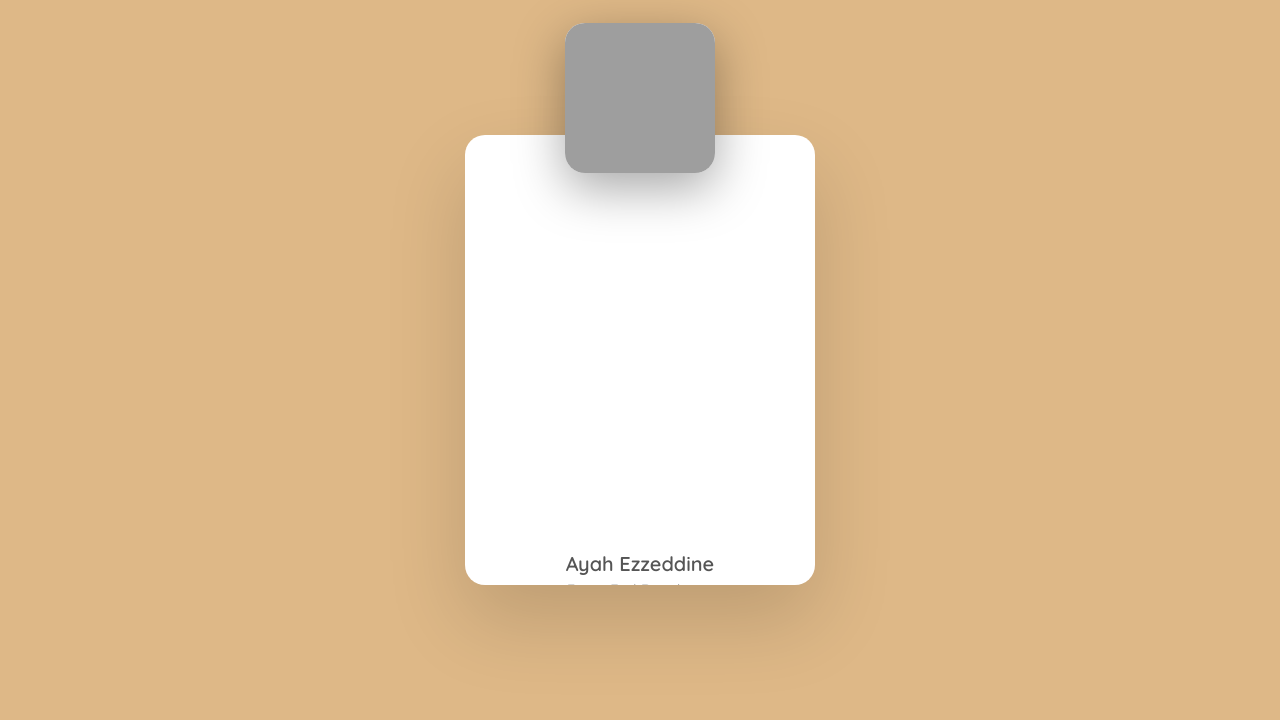
Repository: ayah1996/Github-Profiles
Page: index.html
The author's editor kept a copy of each file at every save. The page is drawn from the files as they stood at one save, then again after the next save.
The browser window is 1280 px wide. The pictures show the whole page.
Pictures or frames that could not be fetched are drawn as grey boxes. The page's requests for data from a server got no answer.

Above is the page before, as saved 2023-01-26 14:32:48.

After the next save:
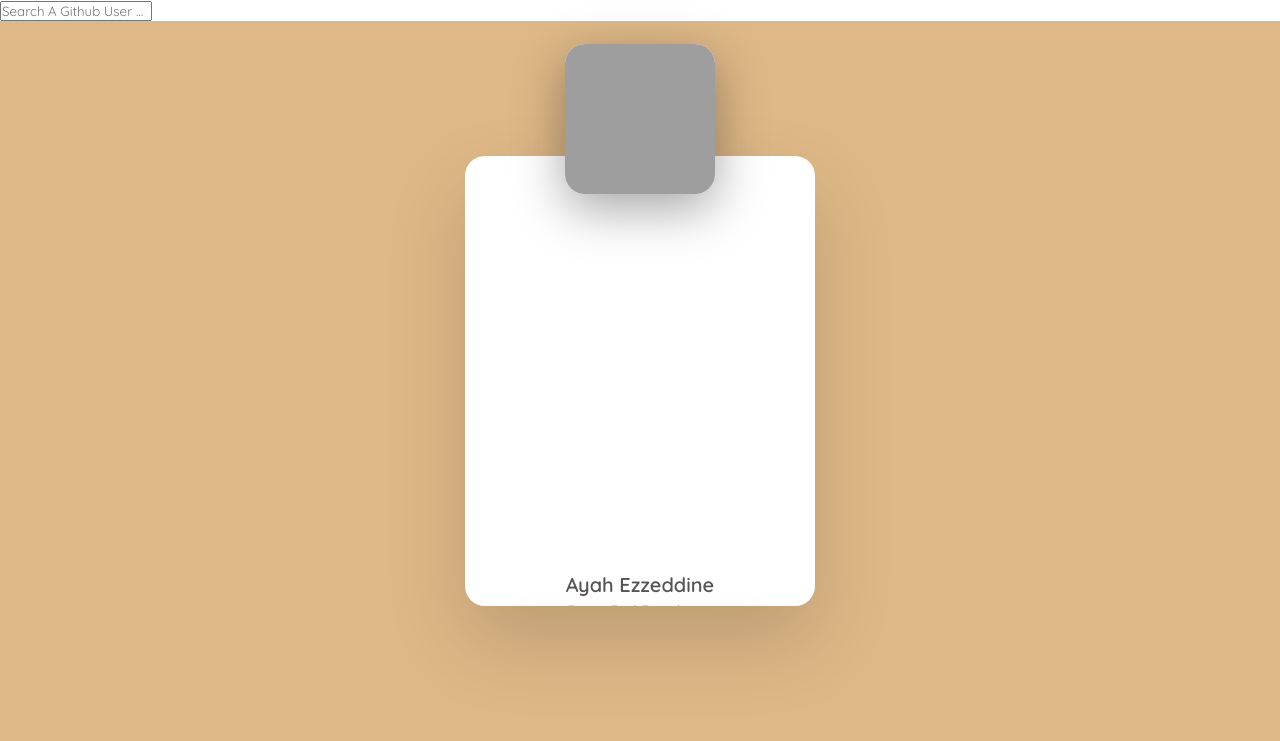
Saved 32 s later.
--- a/index.html
+++ b/index.html
@@ -9,9 +9,9 @@
     <title>Github Profile</title>
   </head>
   <body>
-    <!-- <form id="form">
+    <form id="form">
       <input type="text" id="search" placeholder="Search A Github User ..." />
-    </form> -->
+    </form>
     <main id="main">
       <div class="card">
         <div class="imgBox">
